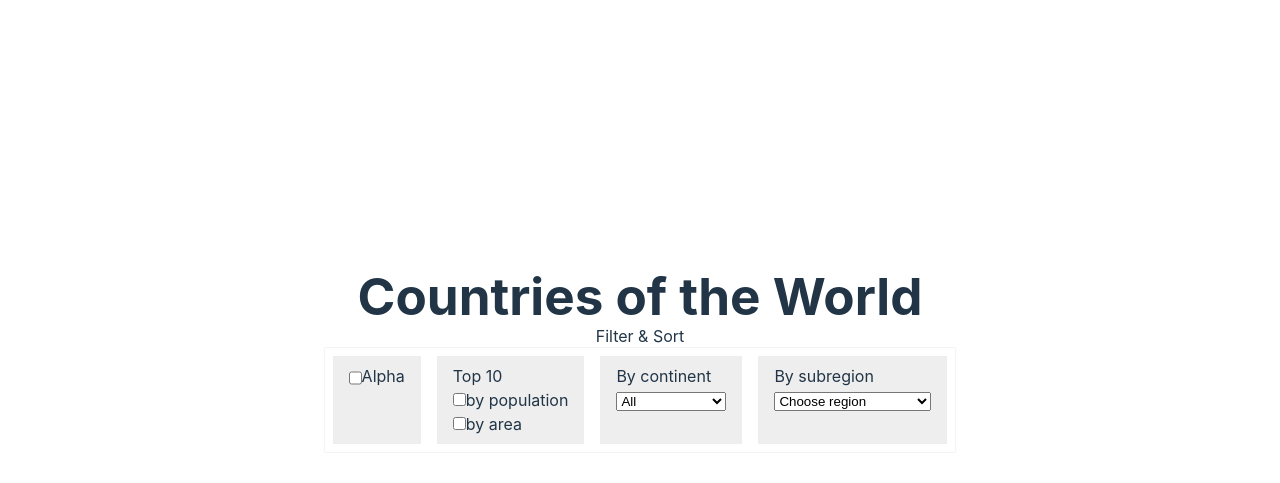
Repository: SamanthaYan298/my_countries
Page: /
These files come from the project's save history. The page is drawn as it stood at one moment and after the next save; the edit follows.
The browser window is 1280 px wide. The pictures show the whole page.
The project was rebuilt for these pictures with package versions that can differ from the ones it lists, and the page was loaded fresh each time. Also part of the build but not shown: vite.config.js.

Above is the page before, as saved 2024-11-04 17:51:30.

After the next save:
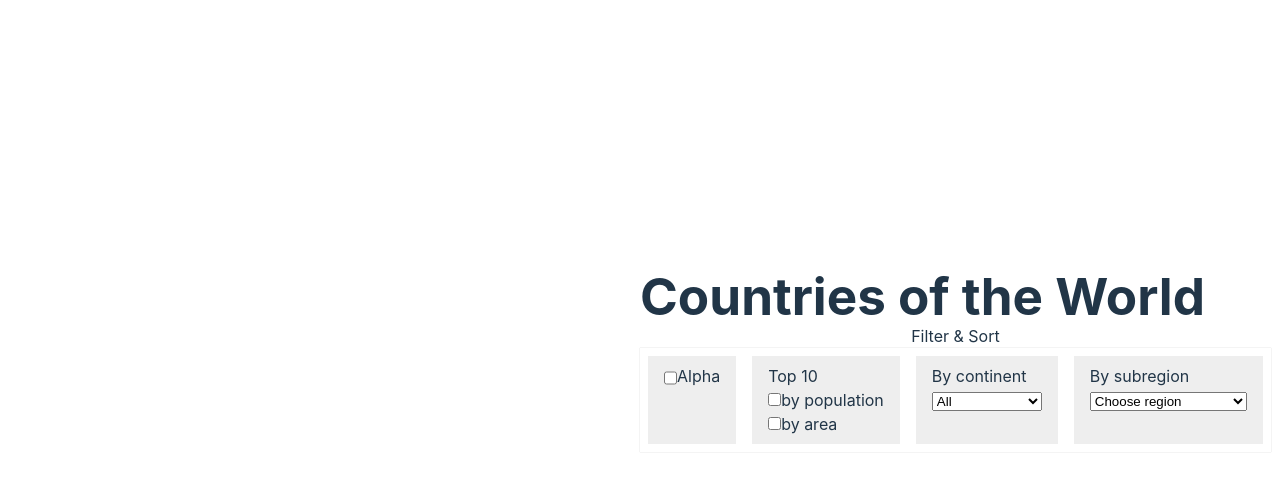
Saved 23 s later.
--- a/src/App.css
+++ b/src/App.css
@@ -5,10 +5,10 @@
 }
 
 #root {
-  max-width: 1280px;
-  margin: 0 auto;
-  padding: 2rem;
-  text-align: center;
+  max-width: 100%;
+  margin-left: 20em;
+  padding: 0;
+  top: 0;
 }
 
 .container {
